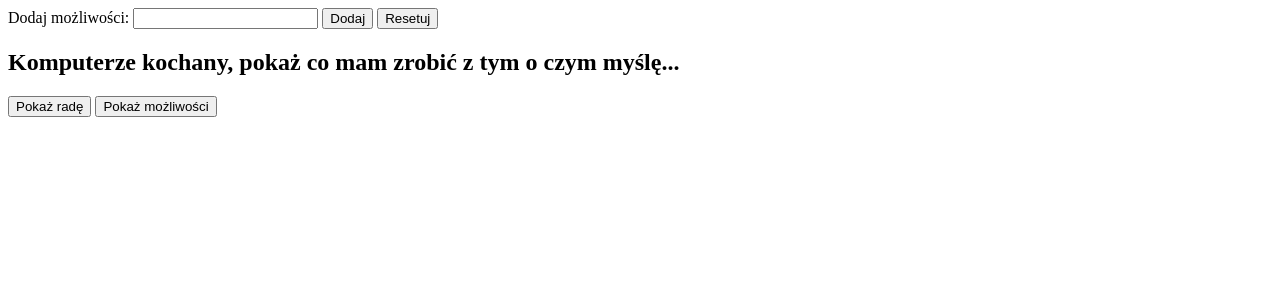
Repository: bartosz1919/Exercise-with-JS---Array_Math_
Page: index.html
The author's editor kept a copy of each file at every save. The page is drawn from the files as they stood at one save, then again after the next save.
The browser window is 1280 px wide. The pictures show the whole page.

Above is the page before, as saved 2020-03-27 22:48:43.

### index.html
<!DOCTYPE html>
<html lang="en">

<head>
    <meta charset="UTF-8">
    <meta name="viewport" content="width=device-width, initial-scale=1.0">
    <title>Document</title>
</head>
<form action="">
    <label>Dodaj możliwości: </label><input type="text">
    <button class="add">Dodaj</button>
    <button class="clean">Resetuj</button>
</form>
<h2>Komputerze kochany, pokaż co mam zrobić z tym o czym myślę...</h2>
<button class="showAdvice">Pokaż radę</button>
<button class="showOptions">Pokaż możliwości</button>
<h1></h1>

<body>
    <script src="script.js"></script>
</body>

</html>

Loaded but not shown: script.js (no stored copy; drawn as an empty file)

After the next save:
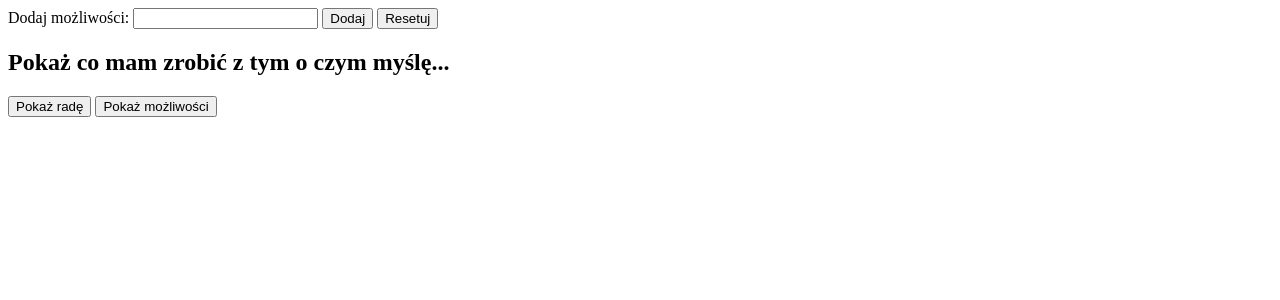
Saved 84 s later.
--- a/index.html
+++ b/index.html
@@ -11,7 +11,7 @@
     <button class="add">Dodaj</button>
     <button class="clean">Resetuj</button>
 </form>
-<h2>Komputerze kochany, pokaż co mam zrobić z tym o czym myślę...</h2>
+<h2>Pokaż co mam zrobić z tym o czym myślę...</h2>
 <button class="showAdvice">Pokaż radę</button>
 <button class="showOptions">Pokaż możliwości</button>
 <h1></h1>
